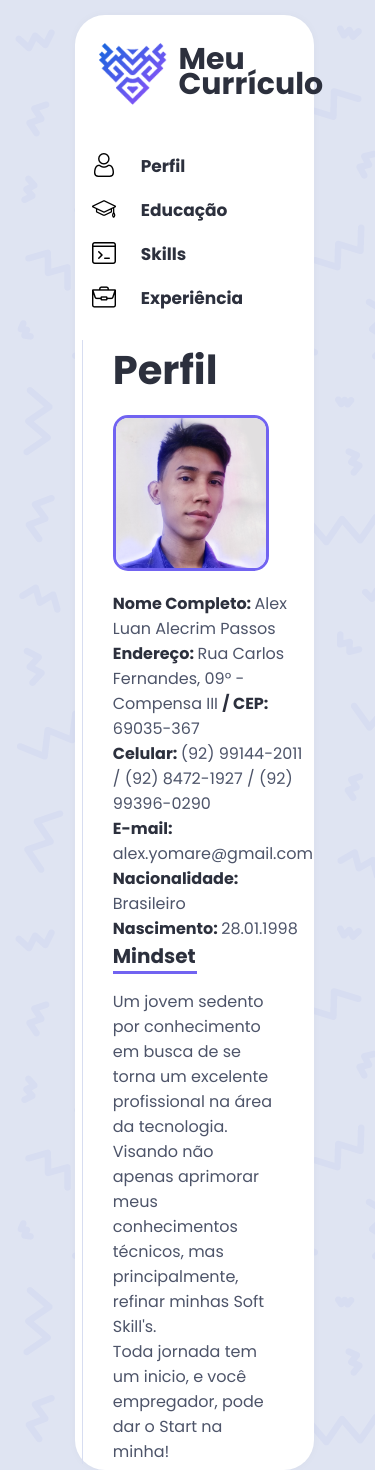
Repository: 4lex-passos/MeuPrimeiroSite
Page: index.html
The author's editor kept a copy of each file at every save. The page is drawn from the files as they stood at one save, then again after the next save.
The browser window is 375 px wide. The pictures show the whole page.

Above is the page before, as saved 2020-10-02 16:25:01.

### index.html
<!DOCTYPE html>

<html>
  <head lang="pt-br">
    <meta charset="UTF-8">
    <meta name="viewport" content="width=device-width, initial-scale=1.0">
    <link rel="stylesheet" href="css/style.css">
    <link rel="shortcut icon" type="image/png" href="imagens/Owl.png">
    <title>Meu Currículo</title>
  </head>

  <body>
    <div class="conteiner">
      <div class="box">

        <aside class="naveg">
          <header class="logo">
            <img src="imagens/Owl.png"
                 alt="Foto de perfil">
            <h1>Meu<br>Currículo</h1>
          </header>
          <main>
            <nav>
              <ul>
                <li>
                  <img src="imagens/perfil-icon.png">
                  <a href="index.html" class="icon">Perfil</a>
                </li>
                <li>
                  <img src="imagens/education-icon.png">
                  <a href="educacao.html" class="icon">Educação</a>
                </li>
                <li>
                  <img src="imagens/skills-icon.png">
                  <a href="skills.html" class="icon">Skills</a>
                </li>
                <li>
                  <img src="imagens/experiencia-icon.png">
                  <a href="experiencia.html" class="icon">Experiência</a>
                </li>
              </ul>
            </nav>
          </main>
        </aside>

        <aside class="feed">
          <main>
            <h1>Perfil</h1>
            <div class="painel">
              <img  src="imagens/perfil.png"
                    id="myImg"
                    onclick="myFunction()"
                    onmouseout="myFunction2()">
              <div class="info-box">
                <h2>Nome Completo: <span class="info">Alex Luan Alecrim Passos</span></h2>
                <h2>Endereço: <span class="info">Rua Carlos Fernandes, 09° - Compensa III </span>/ CEP: <span class="info">69035-367</span></h2>
                <h2>Celular: <span class="info">(92) 99144-2011 / (92) 8472-1927 / (92) 99396-0290</span></h2>
                <h2>E-mail:<span class="info"> alex.yomare@gmail.com</span></h2>
                <h2>Nacionalidade: <span class="info">Brasileiro</span></h2>
                <h2>Nascimento: <span class="info">28.01.1998</span></h2>
              </div>
            </div>
            <h3>Mindset</h3>
            <p>Um jovem sedento por conhecimento em busca de
              se torna um excelente profissional na área da tecnologia.
              Visando não apenas aprimorar meus conhecimentos técnicos, mas principalmente, refinar minhas Soft Skill's.<br>
              Toda jornada tem um inicio, e você empregador, pode dar o Start na minha! </p>
          </main>
        </aside>

      </div>
    </div>
    <script>
      function myFunction() {
        document.getElementById("myImg").style.height = "100%";
        document.getElementById("myImg").style.width = "100%";
      }
      function myFunction2() {
        document.getElementById("myImg").style.height = "150px";
        document.getElementById("myImg").style.width = "150px";
      }
      </script>
  </body>
</html>

### css/style.css
@import url('https://fonts.googleapis.com/css2?family=Poppins:wght@400;700;900&display=swap');

/*============================
| GERAL*/
html{
  font-size: 62.5%;
  color: #232325;
  font-family: 'Poppins', sans-serif;
}
body{

  background: url("../imagens/pattern2.png");
  box-sizing: border-box;
  font-size: 1.6rem;
  margin: 0;
  padding:0;
  width: 100%;
  height: 100%;
}

/*============================
| ESTILO DA PAGINA TOTAL*/
.conteiner{
  width: 100vw;
  height: 100vh;

  display: grid;
  grid-template-columns: 1fr 1fr 1fr;
  grid-template-rows: 1fr 1fr 1fr;
  grid-template-areas:". . ."
                      ". b ."
                      ". . .";
}
.box{
  display:flex;
  flex-flow: row wrap;
  grid-area: b;

  width: 60vw;
  background: #ffffff;
  border-radius: 30px;
  box-shadow: 0px 0px 10px rgba(0,0,0,.030);
  padding: 3%;
  margin-top: 15px;
}

/*============================
| CONTEINER DO MENU DE NAVEGAÇÃO*/
.naveg{
  display:flex;
  flex-flow: column;
  flex-grow: 1;
  flex-basis: 10vw;
  border-radius: 15px;
  padding: 10px 30px 10px 10px;
}
.naveg header.logo{
  display:flex;
  border-radius: 15px;
  align-items: top;
  padding: 0px;
}
.naveg header.logo img{
  margin-right: 3%;
  width: 80px;
  height: 80px;
}
.naveg header.logo h1{
  line-height: 25px;
  font-size: 3.0rem;
  color: #2c303d;
  margin-top: 1.5rem;
}
main nav ul{
  display: flex;
  flex-flow: column;
  padding:0px;
}
main nav ul li{
  display: flex;
  margin-top: 10px;
  padding: 5px 0px 5px 0px;
  list-style: none;
}
main nav ul li a{
  font-size: 1.7rem;
  text-decoration: none;
  font-weight: bolder;
  width: 100%;
  color: #2c303d;
  margin-left: 2.5rem;
}

main nav ul li a:hover{
  background: -webkit-linear-gradient(top left, #2065DF, #A28AF8);
  background: -moz-linear-gradient(top left, #2065DF, #A28AF8);
  background: linear-gradient(to bottom right, #2065DF, #A28AF8);
  -webkit-background-clip: text;
  -webkit-text-fill-color: transparent;
  font-size: 1.9rem;
  transition-duration: .1s;
}
main nav ul li .icon{
  height: 24px;
}

/*============================
| CONTEINER DO CONTEÚDO*/
.feed{
  margin: 0px;
  display: flex;
  width: 40%;
  padding: 0 30px 0 30px;
  flex-grow: 7;
  border-left: 1px solid #d7ddf1;
}
main{
  width: 100%;
}
.feed main h1{
  margin: 0 0 15px 0;
  font-size: 4.0rem;
  color: #2c303d;
}
p{
  color: #4d5469;
  margin: 0;
}
h6{
  font-size: 2.0rem;
  border-left: 5px solid #7163f1;
  padding-left: 10px;
  margin-bottom: 5px;
}
/*============================
| PERFIL*/
.feed main .painel{
  display: flex;
  flex-flow: row wrap;
  border-radius: 1.5rem;
}

.feed main img{
  width: 15.0rem;
  height: 15.0rem;
  border-radius: 1.5rem;
  margin: 0 2.0rem 2.0rem 0;
}.feed main img#myImg{
  transition-duration:.5s;
  border: 3px solid #7163f1;
}
.feed main h2{
  color:#2c303d;
  font-size: 1.6rem;
  line-height: 2.5rem;
  margin: 0px;
}
.feed main h3{
  margin: 0 0 15px 0;
  width: 8.4rem;
  color:#2c303d;
  font-size: 2.0rem;
  border-bottom: 3px solid #7163f1;
}
.feed main span.info{
  color: #4d5469;
  font-weight: normal;
}

/*============================
| EDUCAÇÃO: ENSINO MÉDIO*/
.feed main .cards{
  width: 100%;
  display: flex;
  flex-flow: wrap row;
  justify-content: space-between;
}
div.en-medio .over{
  display: flex;
  justify-content: center;
  align-items: center;
  position: absolute;
  width: 100%;
  height: 100%;
  background: #ffffff;
  border-radius: 1.5rem;
  transition-duration: .3s;
}
div.en-medio .over:hover{
  opacity: 0%;
  transition-duration: .2s;
}
.feed main .en-medio{
  position: relative;
  display: flex;
  flex-flow: wrap column;
  justify-content: center;
  align-items: center;
  color:#ffffff;
  border-radius: 1.5rem;
  width: 39.0rem;
  height: 400px;
  margin-bottom: 20px;
}

div.en-medio h1{
  line-height: 5.0rem;
  color:rgba(0,0,0,.4);
  background: -webkit-linear-gradient(top left, #2065DF, #A28AF8);
  background: -moz-linear-gradient(top left, #2065DF, #A28AF8);
  background: linear-gradient(to bottom right, #2065DF, #A28AF8);
  -webkit-background-clip: text;
  -webkit-text-fill-color: transparent;
  font-size: 4.5rem;
  text-align: center;
  padding: 10px 0 10px 0;
}
div.en-medio h2{
  margin: 10px 0 10px 0;
  color: #8cbd18;
  font-size: 4.0rem;
  text-align: center;
}
div.en-medio p{
  width: 80%;
  color: #2c303d;
  font-size: 1.5rem;
  text-align: center;
  margin: 0px;
}
div.en-medio h4{
  margin: 0%;
  width: 80%;
  color: #2c303d;
  font-size: 3.5rem;
  text-align: center;
}
div.en-medio h5{
  margin: 0%;
  width: 80%;
  color: #ffffff;
  font-size: 6.5rem;
  text-align: center;
}
/*============================
| EDUCAÇÃO: ENSINO SUPERIOR*/
div.en-superior .over{
  display: flex;
  justify-content: center;
  align-items: center;
  position: absolute;
  width: 100%;
  height: 100%;
background: #ffffff;
  border-radius: 1.5rem;
  transition-duration: .3s;
}
div.en-superior .over:hover{
  opacity: 0%;
  transition-duration: .2s;
}
.feed main .en-superior{
  position: relative;
  display: flex;
  flex-flow: wrap column;
  justify-content: center;
  align-items: center;
  color:#ffffff;
  border-radius: 1.5rem;
  width: 39.0rem;
  height: 400px;
}

div.en-superior h1{
  line-height: 5.0rem;
  color:rgba(0,0,0,.4);
  background: -webkit-linear-gradient(top left, #2065DF, #A28AF8);
  background: -moz-linear-gradient(top left, #2065DF, #A28AF8);
  background: linear-gradient(to bottom right, #2065DF, #A28AF8);
  -webkit-background-clip: text;
  -webkit-text-fill-color: transparent;
  font-size: 4.5rem;
  text-align: center;
  padding: 10px 0 10px 0;
}
div.en-superior h2{
  margin: 10px 0 10px 0;
  color: #f1a71e;
  font-size: 4.0rem;
  text-align: center;
}
div.en-superior p{
  width: 80%;
  color: #2c303d;
  font-size: 1.5rem;
  text-align: center;
  margin: 0px;
}
div.en-superior h4{
  margin: 0%;
  width: 80%;
  color: #2c303d;
  font-size: 2.5rem;
  text-align: center;
}
div.en-superior h5{
  margin: 0%;
  width: 80%;
  color: #ffffff;
  font-size: 6.5rem;
  text-align: center;
}

@media screen (max-width: 630px) {
 .conteiner .box{
    width: 100%;
  }
}

After the next save:
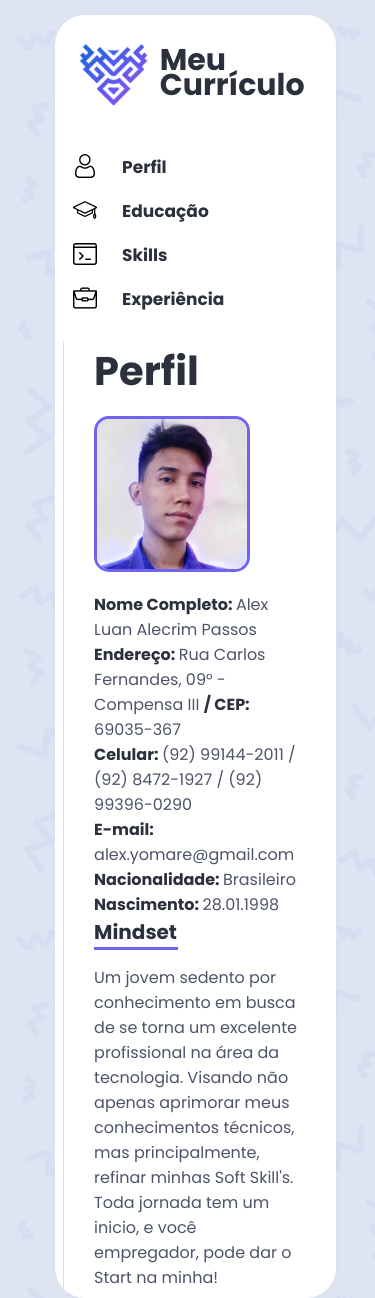
Saved 86 s later.
--- a/css/style.css
+++ b/css/style.css
@@ -311,7 +311,7 @@ div.en-superior h5{
   text-align: center;
 }
 
-@media screen (max-width: 630px) {
+@media (max-width: 630px) {
  .conteiner .box{
     width: 100%;
   }
